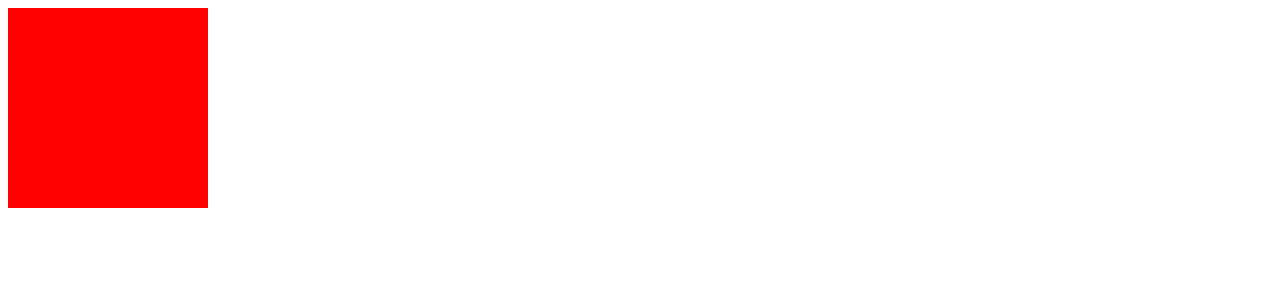
Repository: nonishi/jQuery-Lesson
Page: index.html
An editor plug-in stored every save of this project. The page is shown before and after a run of saves, followed by the edit.
The browser window is 1280 px wide. The pictures show the whole page.

Above is the page before, as saved 2021-06-16 15:55:57.

### index.html
<!DOCTYPE html>
<html lang="ja">
  <head>
    <meta charset="UTF-8">
    <link rel="stylesheet" href="app.css"/>
  </head>
  <body>
    <div class="box1"></div>
    <script src="jquery.min.js"></script>
    <script src="app.js"></script>
  </body>
</html>

### app.js
$(document).ready(function () {
  $('.box1').show();
  $('box1')
});

Loaded but not shown: app.css (common file); jquery.min.js (library)

After the next 2 saves:
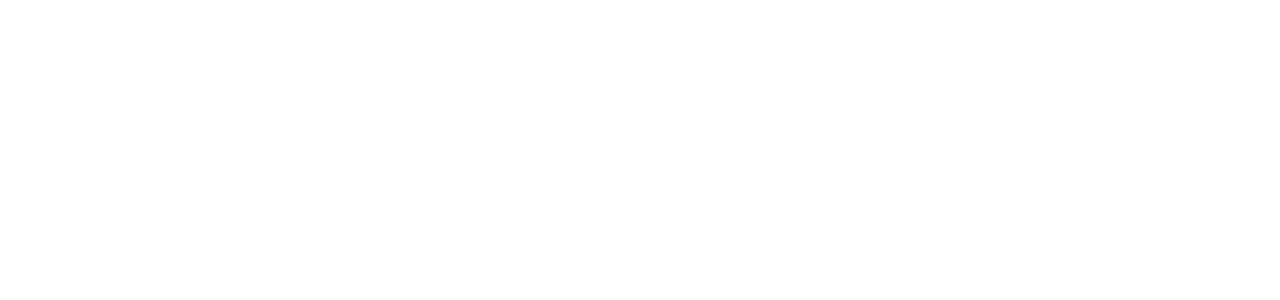
Console error: SyntaxError: Unexpected token '}'
The 2 saves are shown as one change because they came seconds apart.
The last was saved 8 s later.
--- a/app.js
+++ b/app.js
@@ -1,4 +1,4 @@
 $(document).ready(function () {
   $('.box1').show();
-  $('box1')
+  $('box1').css.
 });

After the 2 saves that followed:
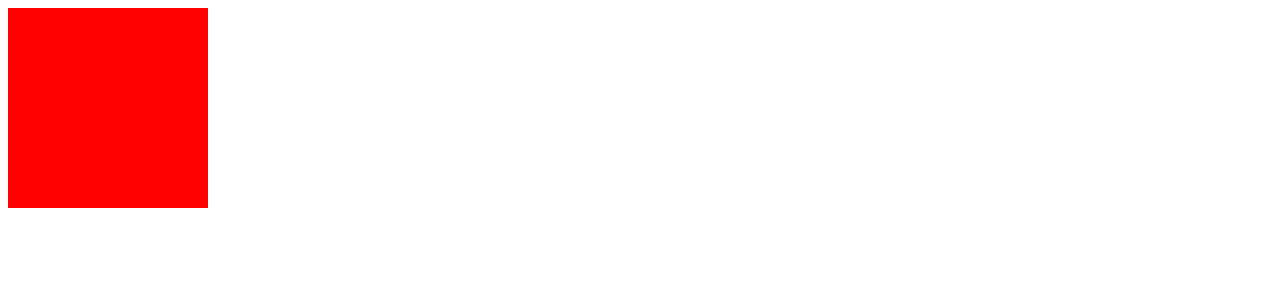
Console error: TypeError: Cannot read properties of undefined (reading 'replace')
The 2 saves are shown as one change because they came seconds apart.
The last was saved 6 s later.
--- a/app.js
+++ b/app.js
@@ -1,4 +1,4 @@
 $(document).ready(function () {
   $('.box1').show();
-  $('box1').css.
+  $('box1').css()
 });
